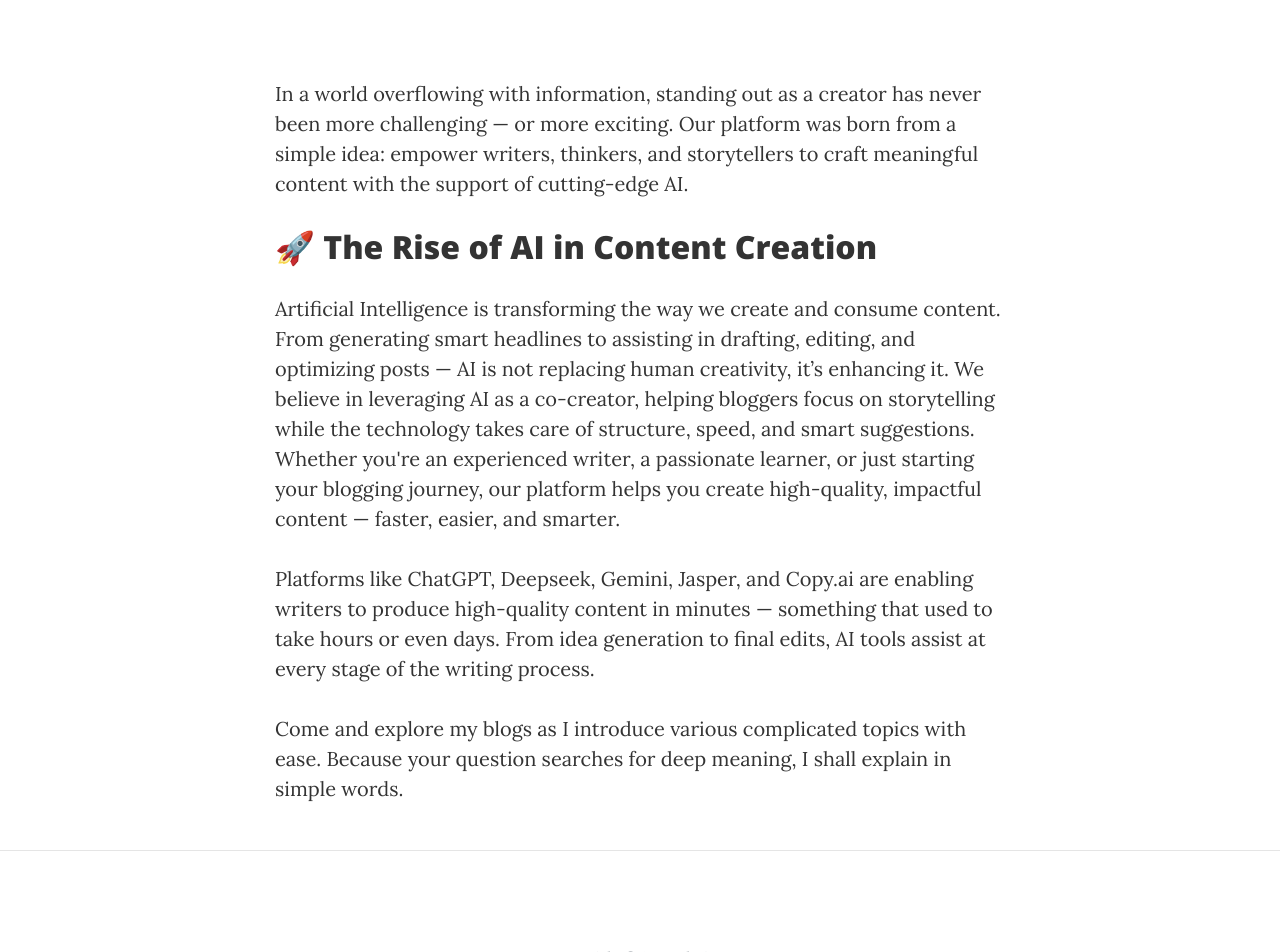
Repository: wahibkhannn/WriteWise-AI_blogging
Page: http://localhost/about
These files come from the project's save history. The page is drawn as it stood at one moment and after the next save; the edit follows.
The browser window is 1280 px wide. The pictures show the part of the page from y = 746 to 1698 px (the page is 1779 px tall).
Some web fonts or font styles are not loaded; a fallback is used. The page is served by the project's application, run on Flask 3 (app.py).

Above is the page before, as saved 2025-07-01 14:15:00.

### templates/about.html
<!DOCTYPE html>
<html lang="en">

<head>

  <meta charset="utf-8">
  <meta name="viewport" content="width=device-width, initial-scale=1, shrink-to-fit=no">
  <meta name="description" content="">
  <meta name="author" content="">

  <title>Blog Speaks</title>

  <link href="{{ url_for('static', filename='bootstrap.min.css') }}" rel="stylesheet">
  <link href="{{ url_for('static', filename='font-awesome.min.css') }}" rel="stylesheet" type="text/css">
  <link href='https://fonts.googleapis.com/css?family=Lora:400,700,400italic,700italic' rel='stylesheet'
    type='text/css'>
  <link
    href='https://fonts.googleapis.com/css?family=Open+Sans:300italic,400italic,600italic,700italic,800italic,400,300,600,700,800'
    rel='stylesheet' type='text/css'>
  <link href="{{ url_for('static', filename='blog.min.css') }}" rel="stylesheet">

</head>

<body>

  <!-- Navigation -->
  <nav class="navbar navbar-expand-lg navbar-light fixed-top" id="mainNav">
    <div class="container">
      <a class="navbar-brand" href="{{ url_for('index') }}">Blog Speaks</a>
      <button class="navbar-toggler navbar-toggler-right" type="button" data-toggle="collapse"
        data-target="#navbarResponsive" aria-controls="navbarResponsive" aria-expanded="false"
        aria-label="Toggle navigation">
        Menu
        <i class="fa fa-bars"></i>
      </button>
      <div class="collapse navbar-collapse" id="navbarResponsive">
        <ul class="navbar-nav ml-auto">
          <li class="nav-item">
            <a class="nav-link" href="{{ url_for('index') }}">Home</a>
          </li>
          <li class="nav-item">
            <a class="nav-link" href="{{ url_for('about') }}">About Me</a>
          </li>
          <li class="nav-item">
            <a class="nav-link" href="{{ url_for('add') }}">Add</a>
          </li>
          <li class="nav-item">
            <a class="nav-link" href="{{ url_for('delete') }}">Delete</a>
          </li>
        </ul>
      </div>
    </div>
  </nav>

  <!-- Page Header -->
  <header class="masthead" style="background-image: url('{{ url_for('static', filename='about_me.jpg') }}')">
    <div class="container">
      <div class="row">
        <div class="col-lg-8 col-md-10 mx-auto">
          <div class="page-heading">
            <h1>AI revolution</h1>
            <span class="subheading">Revolutionizing WriteWise AI: The Future of Content Creation</span>
          </div>
        </div>
      </div>
    </div>
  </header>

  <!-- Main Content -->
  <div class="container">
    <div class="row">
      <div class="col-lg-8 col-md-10 mx-auto">
        <h2>Revolutionizing WriteWise AI: The Future of Content Creation</h2>
        <p>Welcome to [Your Blog Name], where the future of blogging meets the power of Artificial Intelligence.</p>
        <br>
        <p>In a world overflowing with information, standing out as a creator has never been more challenging — or more exciting. Our platform was born from a simple idea: empower writers, thinkers, and storytellers to craft
        meaningful content with the support of cutting-edge AI.</p>
        <h2>🚀 The Rise of AI in Content Creation</h2>
        <p>Artificial Intelligence is transforming the way we create and consume content. From generating smart headlines to assisting in drafting, editing, and optimizing posts — AI is not replacing human creativity, it’s enhancing it. We believe in leveraging AI as a co-creator, helping bloggers focus on storytelling while the technology takes care of structure, speed, and smart suggestions.

Whether you're an experienced writer, a passionate learner, or just starting your blogging journey, our platform helps you create high-quality, impactful content — faster, easier, and smarter.</p>

        <p>Platforms like ChatGPT, Deepseek, Gemini, Jasper, and Copy.ai are enabling writers to produce high-quality
          content in minutes — something that used to take hours or even days. From idea generation to final edits, AI
          tools assist at every stage of the writing process.</p>
        <p>Come and explore my blogs as I introduce various complicated topics with ease. Because your question searches
          for deep meaning, I shall explain in simple words.</p>
      </div>
    </div>
  </div>

  <hr>

  <!-- Footer -->
  <footer>
    <div class="container">
      <div class="row">
        <div class="col-lg-8 col-md-10 mx-auto">
          <p class="copyright text-muted">Copyright &copy; AI revolution</p>
        </div>
      </div>
    </div>
  </footer>

  <script src="{{ url_for('static', filename='jquery.min.js') }}"></script>
  <script src="{{ url_for('static', filename='popper.min.js') }}"></script>
  <script src="{{ url_for('static', filename='bootstrap.min.js') }}"></script>
  <script src="{{ url_for('static', filename='blog.min.js') }}"></script>

</body>

</html>

### app.py
from flask import Flask, render_template, request, redirect, url_for
from flask_sqlalchemy import SQLAlchemy
from datetime import datetime

app = Flask(__name__)

app.config['SQLALCHEMY_DATABASE_URI'] = 'sqlite:///F:/STUDY/Projects/18BLC1131_DA1/blog_speaks/blog.db'

db = SQLAlchemy(app)

class Blogpost(db.Model):
    id = db.Column(db.Integer, primary_key=True)
    title = db.Column(db.String(50))
    subtitle = db.Column(db.String(50))
    author = db.Column(db.String(20))
    date_posted = db.Column(db.DateTime)
    content = db.Column(db.Text)

@app.route('/')
def index():
    posts = Blogpost.query.order_by(Blogpost.date_posted.desc()).all()
    return render_template('index.html', posts=posts)

@app.route('/about')
def about():
    return render_template('about.html')

@app.route('/post/<int:post_id>')
def post(post_id):
    post = Blogpost.query.filter_by(id=post_id).one()
    return render_template('post.html', post=post)

@app.route('/add')
def add():
    return render_template('add.html')

@app.route('/delete')
def delete():
    posts = Blogpost.query.order_by(Blogpost.date_posted.desc()).all()
    return render_template('delete.html', posts=posts)

@app.route('/addpost', methods=['POST'])
def addpost():
    title = request.form['title']
    subtitle = request.form['subtitle']
    author = request.form['author']
    content = request.form['content']

    post = Blogpost(title=title, subtitle=subtitle, author=author, content=content, date_posted=datetime.now())

    db.session.add(post)
    db.session.commit()

    return redirect(url_for('index'))

@app.route('/deletepost', methods=['DELETE','POST'])
def deletepost():
    post_id = request.form.get("post_id")

    post = Blogpost.query.filter_by(id=post_id).first()

    db.session.delete(post)
    db.session.commit()

    return redirect(url_for('index'))

if __name__ == '__main__':
    app.run(debug=True)

### static/blog.min.js
!function(i){"use strict";i("body").on("input propertychange",".floating-label-form-group",function(o){i(this).toggleClass("floating-label-form-group-with-value",!!i(o.target).val())}).on("focus",".floating-label-form-group",function(){i(this).addClass("floating-label-form-group-with-focus")}).on("blur",".floating-label-form-group",function(){i(this).removeClass("floating-label-form-group-with-focus")});if(i(window).width()>1170){var o=i("#mainNav").height();i(window).on("scroll",{previousTop:0},function(){var s=i(window).scrollTop();s<this.previousTop?s>0&&i("#mainNav").hasClass("is-fixed")?i("#mainNav").addClass("is-visible"):i("#mainNav").removeClass("is-visible is-fixed"):s>this.previousTop&&(i("#mainNav").removeClass("is-visible"),s>o&&!i("#mainNav").hasClass("is-fixed")&&i("#mainNav").addClass("is-fixed")),this.previousTop=s})}}(jQuery);

Loaded but not shown: static/bootstrap.min.css (library); static/font-awesome.min.css (library); static/blog.min.css (library); static/jquery.min.js (library); static/popper.min.js (library); static/bootstrap.min.js (library)

After the next save:
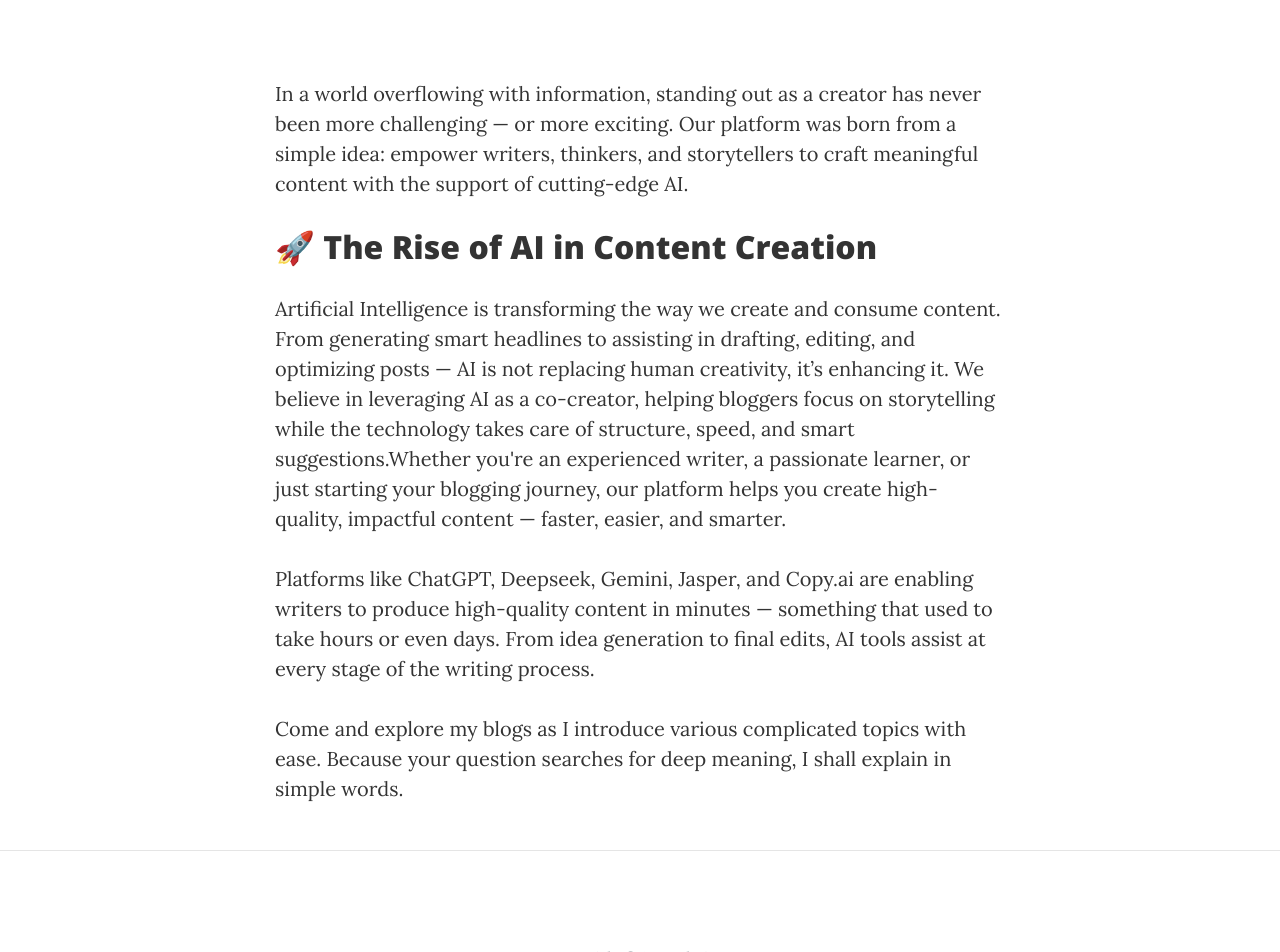
Saved 6 s later.
--- a/templates/about.html
+++ b/templates/about.html
@@ -76,9 +76,7 @@
         <p>In a world overflowing with information, standing out as a creator has never been more challenging — or more exciting. Our platform was born from a simple idea: empower writers, thinkers, and storytellers to craft
         meaningful content with the support of cutting-edge AI.</p>
         <h2>🚀 The Rise of AI in Content Creation</h2>
-        <p>Artificial Intelligence is transforming the way we create and consume content. From generating smart headlines to assisting in drafting, editing, and optimizing posts — AI is not replacing human creativity, it’s enhancing it. We believe in leveraging AI as a co-creator, helping bloggers focus on storytelling while the technology takes care of structure, speed, and smart suggestions.
-
-Whether you're an experienced writer, a passionate learner, or just starting your blogging journey, our platform helps you create high-quality, impactful content — faster, easier, and smarter.</p>
+        <p>Artificial Intelligence is transforming the way we create and consume content. From generating smart headlines to assisting in drafting, editing, and optimizing posts — AI is not replacing human creativity, it’s enhancing it. We believe in leveraging AI as a co-creator, helping bloggers focus on storytelling while the technology takes care of structure, speed, and smart suggestions.Whether you're an experienced writer, a passionate learner, or just starting your blogging journey, our platform helps you create high-quality, impactful content — faster, easier, and smarter.</p>
 
         <p>Platforms like ChatGPT, Deepseek, Gemini, Jasper, and Copy.ai are enabling writers to produce high-quality
           content in minutes — something that used to take hours or even days. From idea generation to final edits, AI
